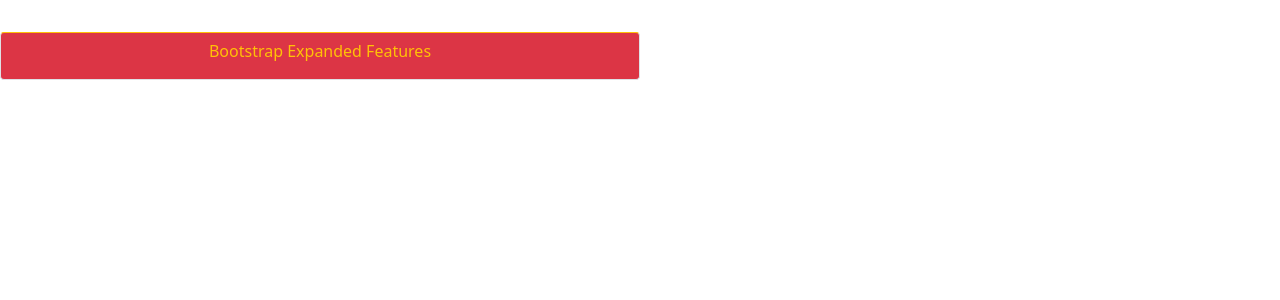
Repository: LynxPardelle/bootstrap-expanded-features
Page: index.html
The author's editor kept a copy of each file at every save. The page is drawn from the files as they stood at one save, then again after the next save.
The browser window is 1280 px wide. The pictures show the whole page.

Above is the page before, as saved 2021-12-31 02:18:13.

After the next save:
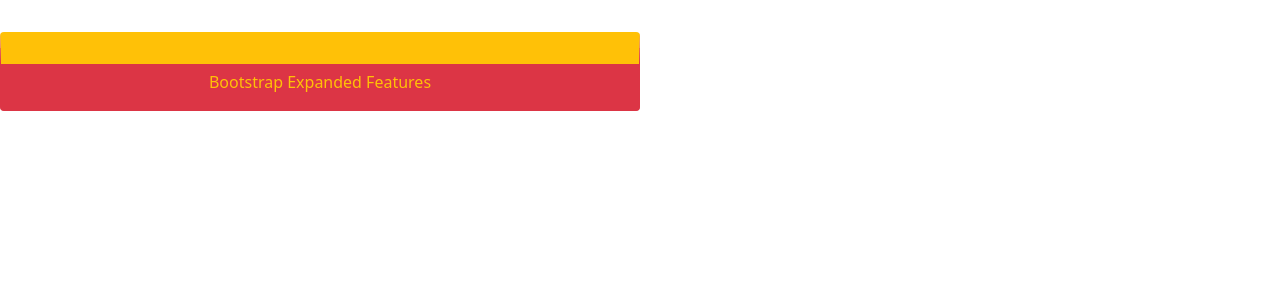
Saved 25 s later.
--- a/index.html
+++ b/index.html
@@ -31,7 +31,6 @@
         bfe-borderstyle-solid
         bfe-bordert-2rem
         bfe-pt-666hm
-        border
         btn
         bfe-btn-danger
       "
